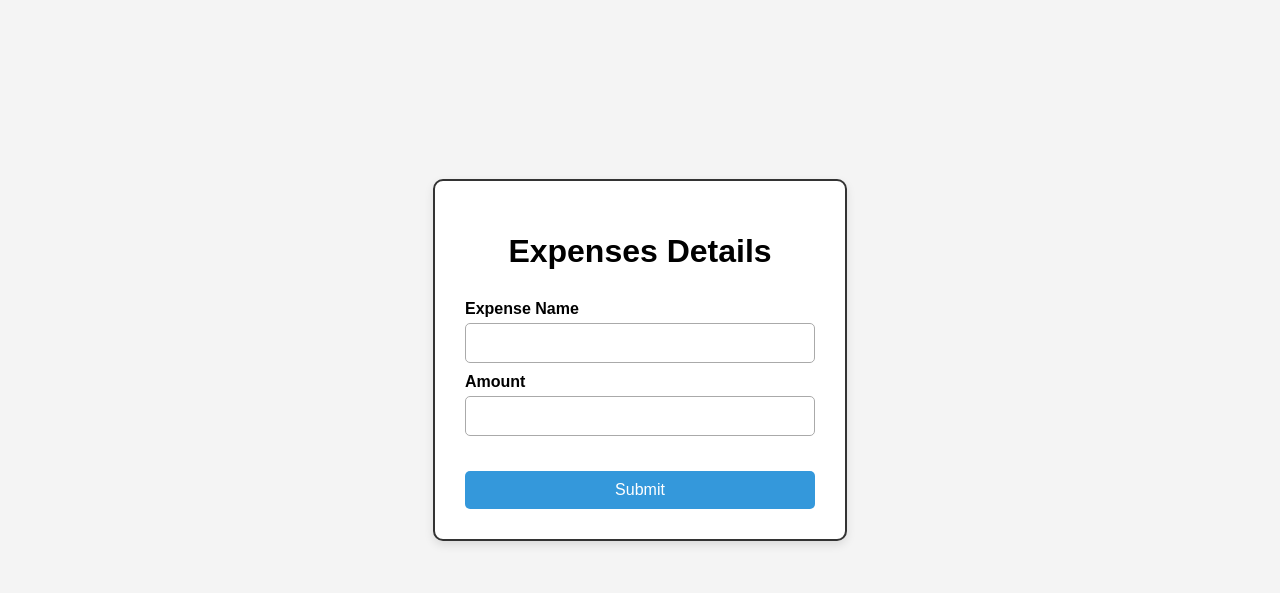
Repository: sarthak-tyagi123/expensetracker12
Page: http://localhost/
These files come from the project's save history. The page is drawn as it stood at one moment and after the next save; the edit follows.
The browser window is 1280 px wide. The pictures show the whole page.
The page is served by the project's Node server (app.js).

Above is the page before, as saved 2025-06-20 23:58:10.

After the next save:
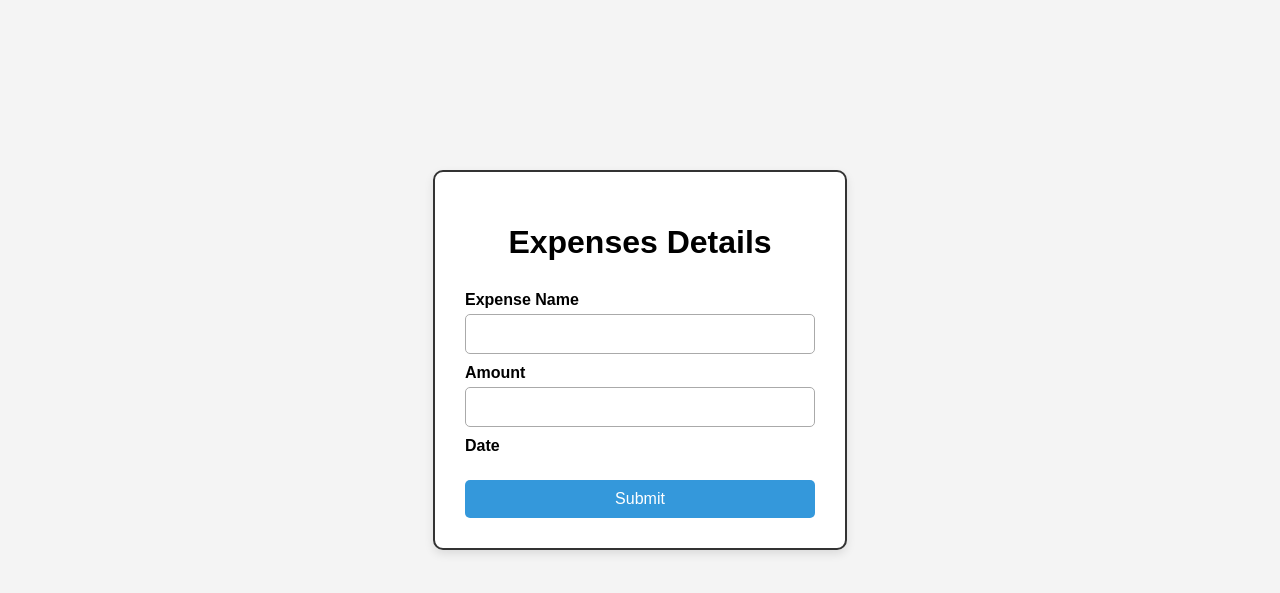
Saved 7 s later.
--- a/views/1.ejs
+++ b/views/1.ejs
@@ -80,7 +80,7 @@
         <label for="number">Amount</label>
         <input type="number" name="amount" required />
 
-        <label for="date"></label>
+        <label for="date">Date</label>
 
         <button type="submit">Submit</button>
       </form>
